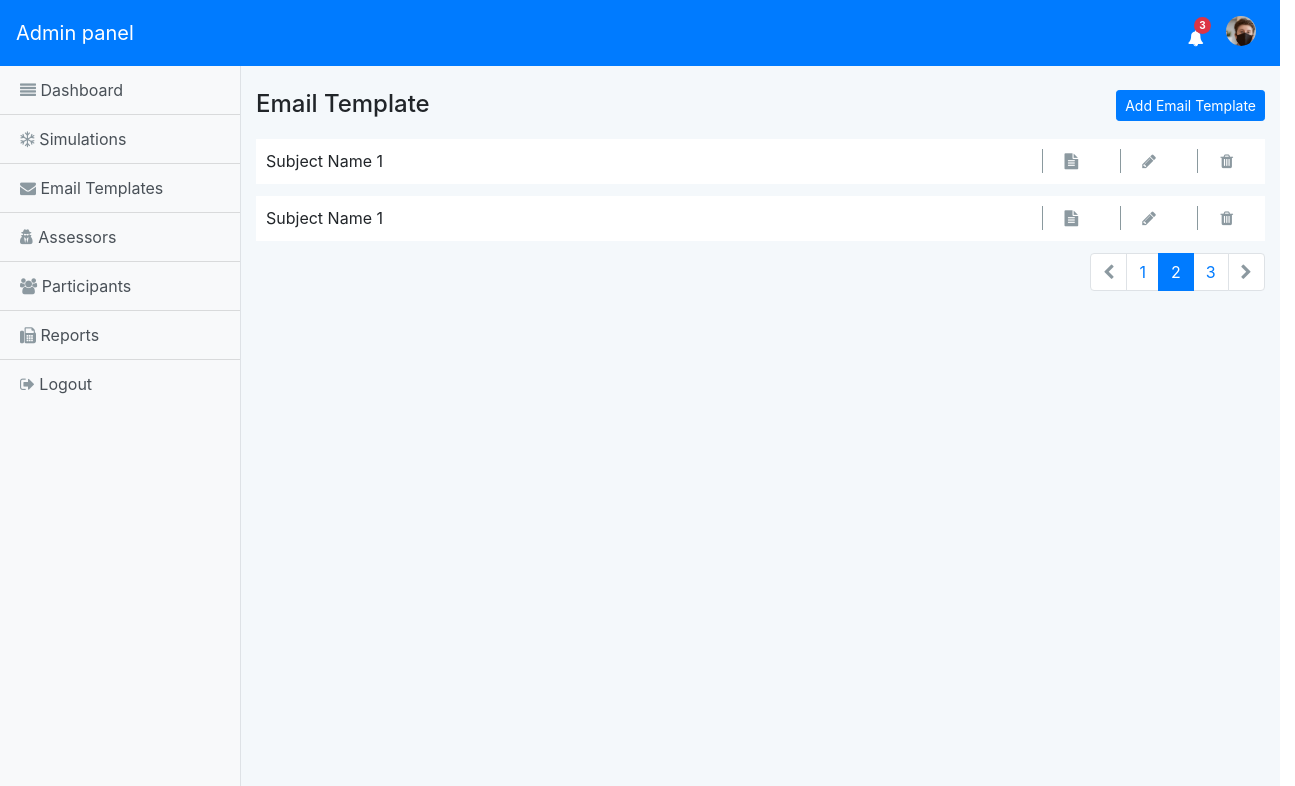
Repository: ejazsidhu/email-simulation-fe
Page: emailTemplate.html
These files come from the project's save history. The page is drawn as it stood at one moment and after the next save; the edit follows.
The browser window is 1280 px wide. The page is 1295 px wide, so the pictures cover 1295 px, including what lies to the right of the window. The pictures show the whole page.

Above is the page before, as saved 2020-08-25 19:06:15.
Console error: ReferenceError: $ is not defined

After the next save:
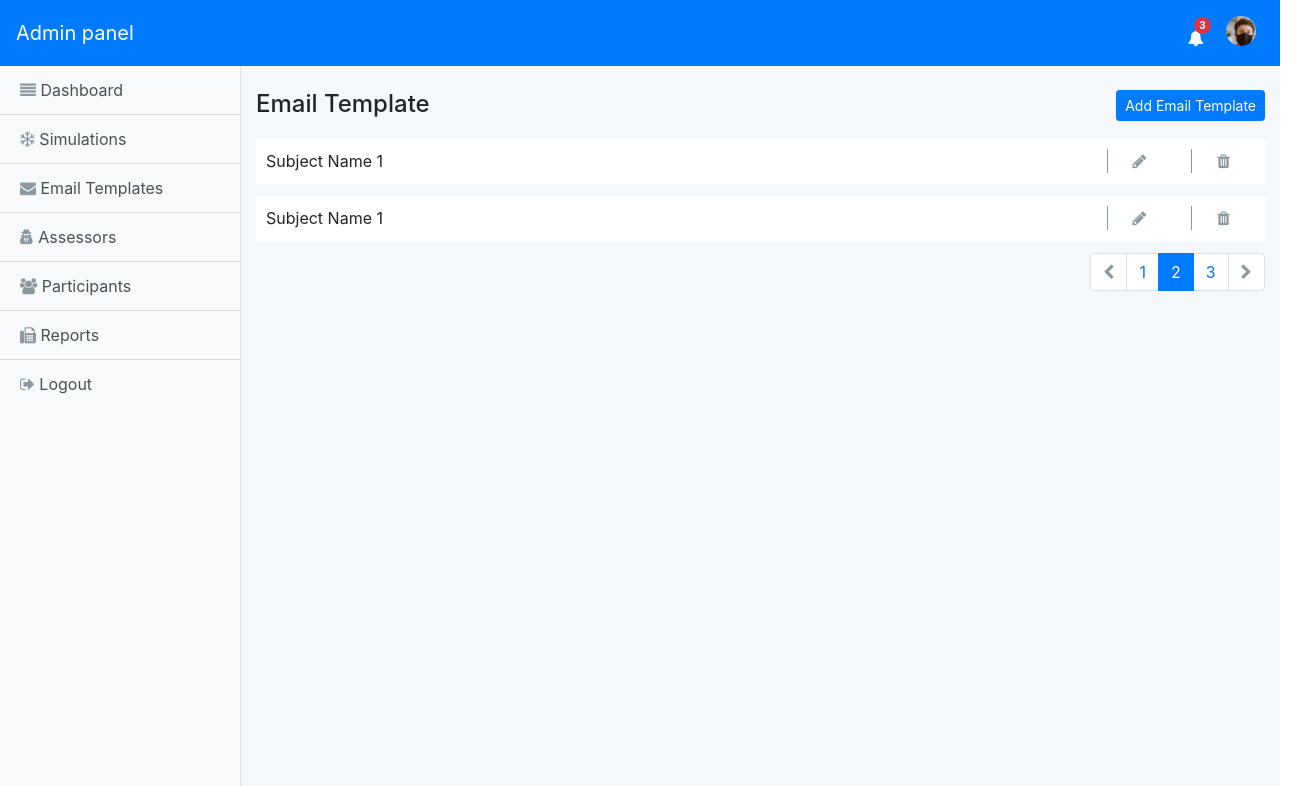
Saved 12 s later.
--- a/emailTemplate.html
+++ b/emailTemplate.html
@@ -198,13 +198,7 @@
                   </td>
 
 
-                  <td class="w-5" >
-                    <span class="b1" data-toggle="tooltip" data-placement="top" title="view report">
-                      <i class="fa fa-file-text"></i>
-                   </span>
-
-
-                  </td>
+
                   <td class="w-5">
                     <span class="b1" data-toggle="tooltip" data-placement="top" title="edit">
                       <i class="fa fa-pencil" data-toggle="modal" data-target="#addSimulationTemplate"></i>
@@ -224,13 +218,7 @@
                   </td>
 
 
-                  <td class="w-5" >
-                    <span class="b1" data-toggle="tooltip" data-placement="top" title="view report">
-                      <i class="fa fa-file-text"></i>
-                   </span>
-
-
-                  </td>
+
                   <td class="w-5">
                     <span class="b1" data-toggle="tooltip" data-placement="top" title="edit">
                       <i class="fa fa-pencil" data-toggle="modal" data-target="#addSimulationTemplate"></i>
